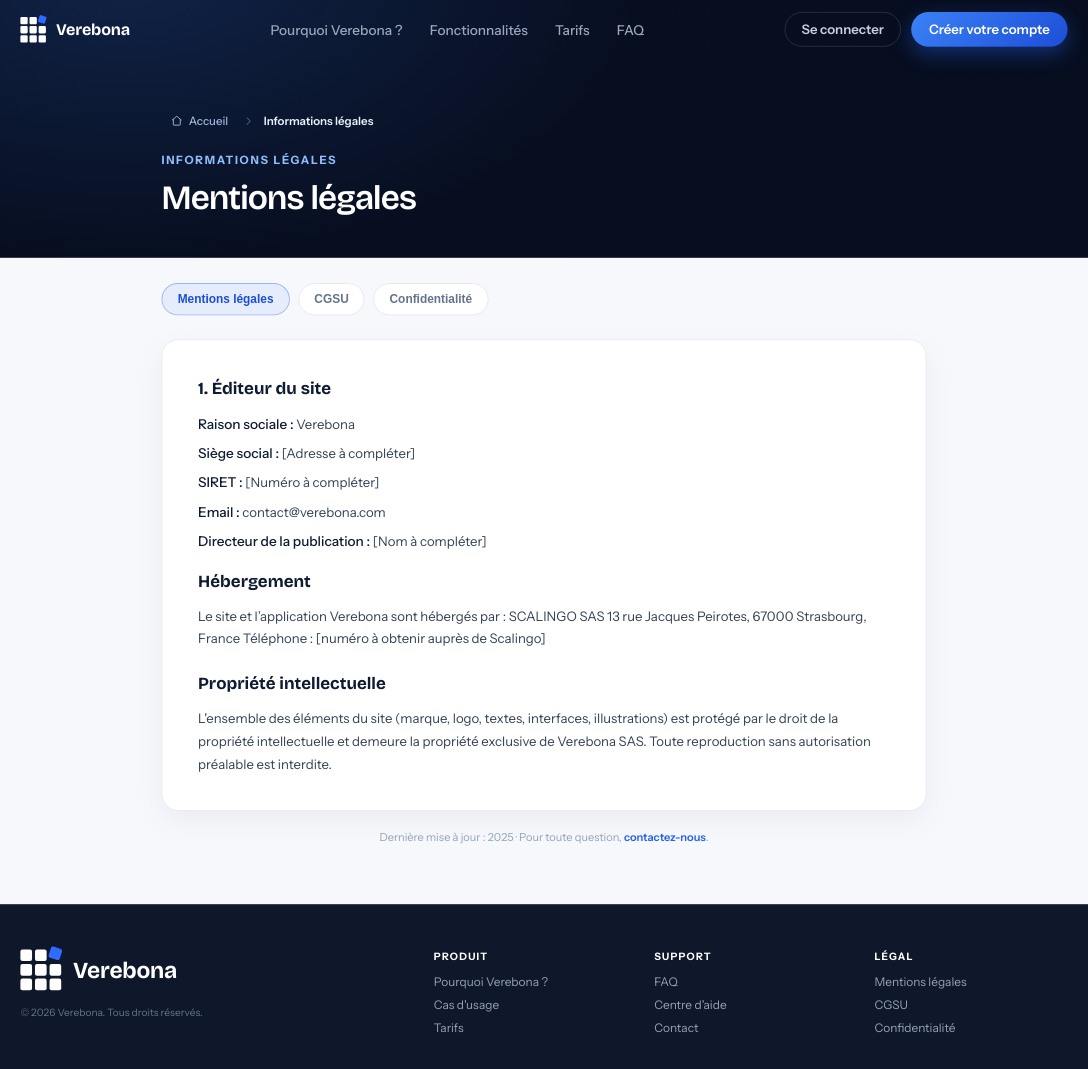
Repository: AdminVerebona/verebona-public
Page: /mentions-legales
An editor plug-in stored every save of this project. The page is shown before and after the next save, followed by the edit.
The browser window is 1280 px wide. The pictures show the whole page, at 85% of full size.
The project was rebuilt for these pictures with package versions that can differ from the ones it lists, and the page was loaded fresh each time. Also part of the build but not shown: next.config.mjs, vite.config.js, vite.config.ts, src/composables/useLanding.ts, src/sections/HeroSection.vue, src/sections/WhySection.vue, src/sections/UseCasesSection.vue, src/sections/FeaturesSection.vue and 6 more.

Above is the page before, as saved 2026-07-10 15:12:30.

After the next save:
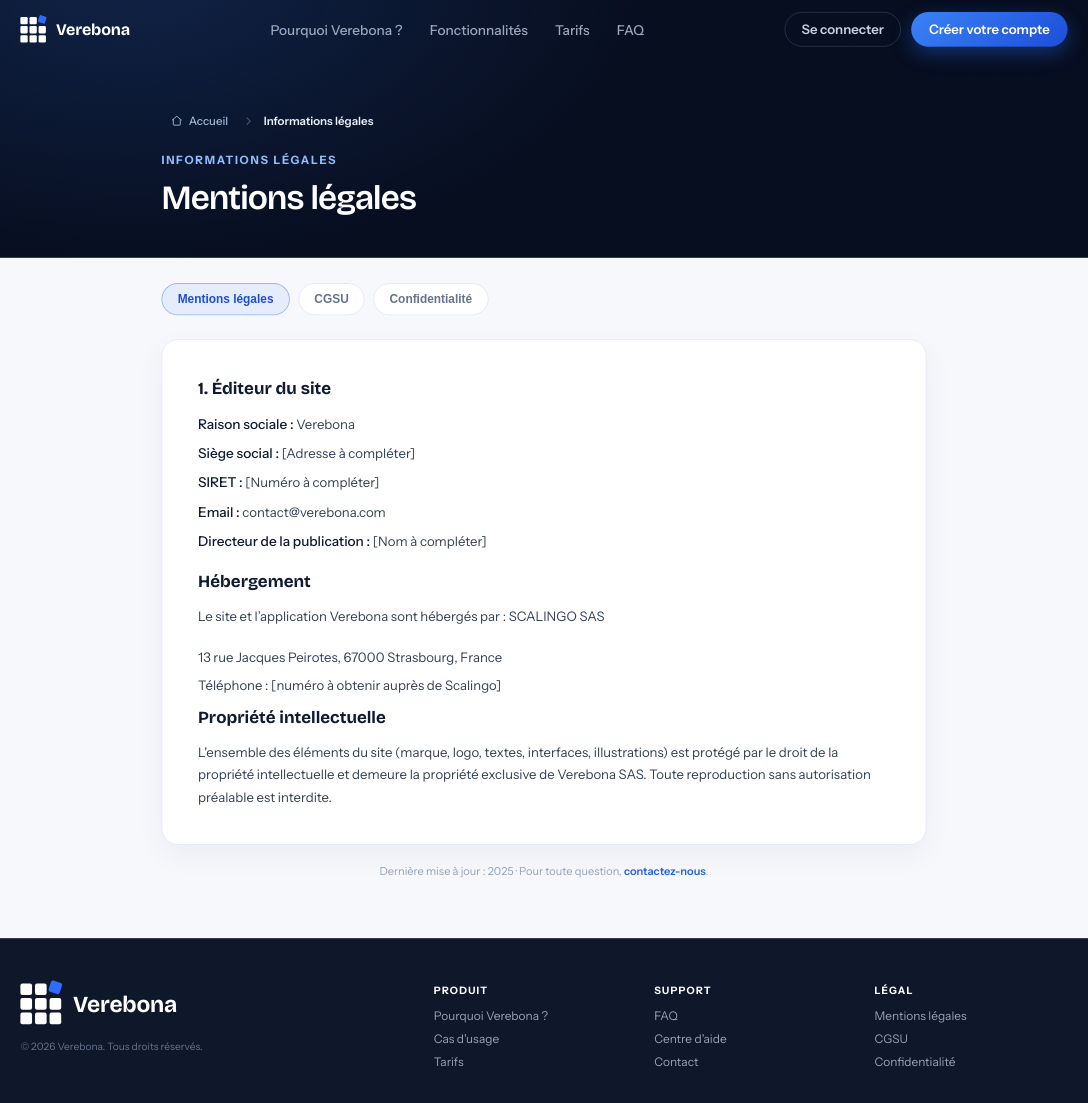
Saved 49 s later.
--- a/src/views/LegalView.vue
+++ b/src/views/LegalView.vue
@@ -24,13 +24,11 @@
           <p style="margin:0 0 6px"><span style="font-size:16px;font-weight:500;color:#0F1B33">Email :</span> contact@verebona.com</p>
           <p style="margin:0 0 16px"><span style="font-size:16px;font-weight:500;color:#0F1B33">Directeur de la publication :</span> [Nom à compléter]</p>
           <h2 style="font-size:20px;font-weight:700;color:#0F1B33;font-family:'Bricolage Grotesque',sans-serif;margin:0 0 10px">Hébergement</h2>
-          <p style="margin:0 0 22px">Le site et l’application Verebona sont hébergés par :
+          <p style="margin:0 0 22px">Le site et l’application Verebona sont hébergés par : SCALINGO SAS</p>
 
-SCALINGO SAS
+<p style="margin:0 0 6px">13 rue Jacques Peirotes, 67000 Strasbourg, France</p>
 
-13 rue Jacques Peirotes, 67000 Strasbourg, France
-
-Téléphone : [numéro à obtenir auprès de Scalingo]</p>
+<p style="margin:0 0 6px">Téléphone : [numéro à obtenir auprès de Scalingo]</p>
           <h2 style="font-size:20px;font-weight:700;color:#0F1B33;font-family:'Bricolage Grotesque',sans-serif;margin:0 0 10px">Propriété intellectuelle</h2>
           <p style="margin:0">L'ensemble des éléments du site (marque, logo, textes, interfaces, illustrations) est protégé par le droit de la propriété intellectuelle et demeure la propriété exclusive de Verebona SAS. Toute reproduction sans autorisation préalable est interdite.</p>
         </div>
